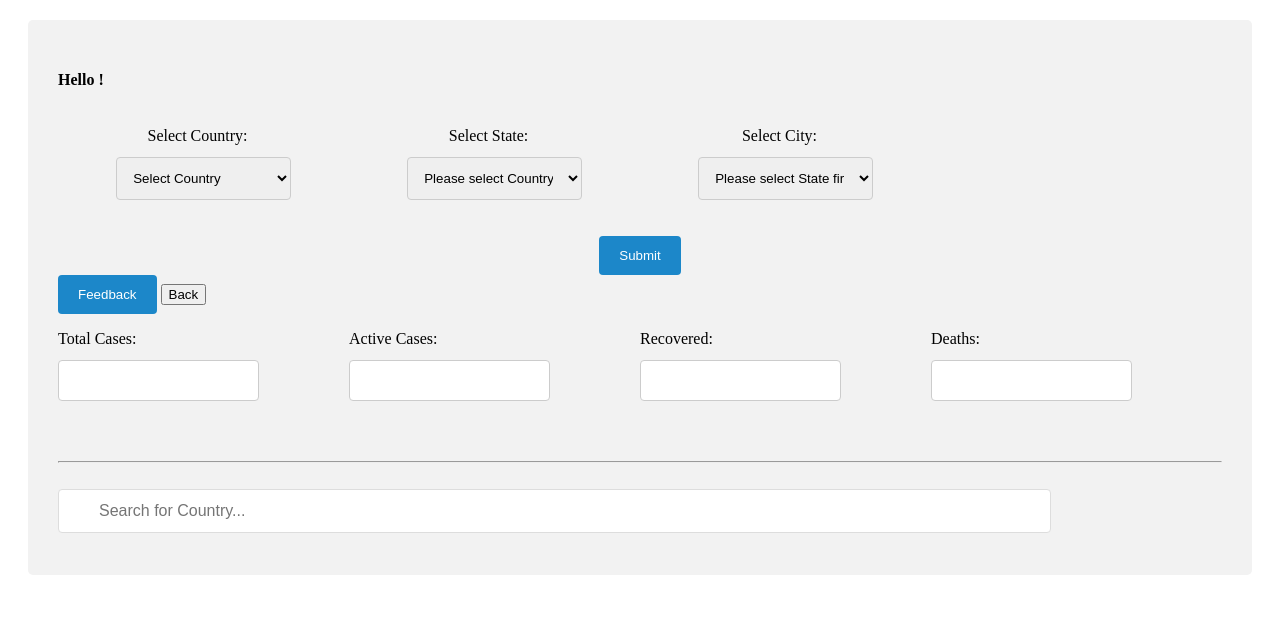
Repository: TruptiMane23/SCSCovid19RegionalInfo
Page: http://localhost/SCSCovid19/WEB-INF/view/covid_details.jsp
These files come from the project's save history. The page is drawn as it stood at one moment and after the next save; the edit follows.
The browser window is 1280 px wide. The pictures show the whole page.
The page is served by Tomcat 9. Nobody is signed in. Other server files are loaded and not shown. The template is opened directly, without the code that normally fills it, so the values that code supplies are empty.

Above is the page before, as saved 2020-07-03 20:46:10.
Console error: SyntaxError: Unexpected token ';'

### SCSCovid19/src/main/webapp/WEB-INF/view/covid_details.jsp
<%@page import="com.example.scs.controller.CovidController"%>

<%@ page language="java" contentType="text/html; charset=ISO-8859-1"
	pageEncoding="ISO-8859-1"%>
<!DOCTYPE html>
<html>
<head>
<meta charset="ISO-8859-1">
<title>Covid Dashboard</title>

				<style type="text/css">
						 input[type=text], select, textarea {
							width: 60%;
							padding: 12px;
							border: 1px solid #ccc;
							border-radius: 4px;
							resize: vertical;
						}

						label {
							padding: 12px 12px 12px 0;
							display: inline-block;
						}

						input[type=submit] {

							background-color: #1c87c9;
							color: white;
							padding: 12px 20px;
							border: none;
							border-radius: 4px;
							cursor: pointer;
							/* float: right; */
						}

						input[type=submit]:hover {
							background-color: #45a049;
						}

						.container {
							border-radius: 5px;
							background-color: #f2f2f2;
							padding: 30px;
							margin: 20px
						}

						.col-25 {
							float: left;
							width: 25%;
							margin-top: 4px;
						}

						.col-75 {
							float: left;
							width: 75%;
							margin-top: 4px;
						}

						.row:after {
							content: "";
							display: table;
							clear: both;
						}

						@media screen and (max-width: 600px) {
							.col-25, .col-75, input[type=submit] {
								width: 80%;
								margin-top: 0;
							}
						}

						/* .signup {
							background: rgb(0, 196, 65);
							color: #fff;
							font-weight: bold;
							cursor: pointer;
							transition: background 0.23s;
							float: left;
							padding: 8px;
							text-align: center;
							border: none;
							border-radius: 3px;
							font-size: 1em;
						}

						.feedback-btn:hover {
							background: rgb(0, 180, 50);
						} */

						 #---------------------Table style----------------------------------------------

						#covidDetailsTbl {
						  font-family: "Trebuchet MS", Arial, Helvetica, sans-serif;
						  border-collapse: collapse;
						  width: 100%;

						}

						#covidDetailsTbl td, #covidDetailsTbl th {
						  border: 1px solid #ddd;
						  padding: 8px;
						}

						#covidDetailsTbl tr:nth-child(even){background-color: #f2f2f2;}

						#covidDetailsTbl tr:hover {background-color: #ddd;}

						#covidDetailsTbl th {
						  padding-top: 12px;
						  padding-bottom: 12px;
						  text-align: left;
						  background-color: #1c87c9;
						  color: white;
						}

						#myInput {
						  background-position: 10px 10px;
						  background-repeat: no-repeat;
						  width: 80%;
						  font-size: 16px;
						  padding: 12px 20px 12px 40px;
						  border: 1px solid #ddd;
						  margin-bottom: 12px;
						}

						#---------------------------------------Blinking effect
						blink, .blink {
						  -webkit-animation: blink 1s step-end infinite;
						     -moz-animation: blink 1s step-end infinite;
						       -o-animation: blink 1s step-end infinite;
						          animation: blink 1s step-end infinite;
						}

						@-webkit-keyframes blink {
						  67% { opacity: 0 }
						}

						@-moz-keyframes blink {
						  67% { opacity: 0 }
						}

						@-o-keyframes blink {
						  67% { opacity: 0 }
						}

						@keyframes blink {
						  67% { opacity: 0 }
						}

						#---------------------------------------Feedback button

						.feedbackBtn {
						background: rgb(0, 196, 65);
						color: #fff;
						font-weight: bold;
						cursor: pointer;
						transition: background 0.23s;
						float: left;
						padding: 8px;
						text-align: center;
						border: none;
						border-radius: 3px;
						font-size: 1em;
					}

					.signup:hover {
						background: rgb(0, 180, 50);
					}

					.searchCountry {
						width: 40%;
						padding: 12px;
						border: 1px solid #ccc;
						border-radius: 4px;
						resize: vertical;
					}

</style>
<script>

	var countryDtls = ${allCountryDetails};
	console.log("countryDtls..." + countryDtls);

	var stateObject = ${stateObject};
	console.log("stateObject" + stateObject);


	var countryList = [ "India", "Germany"];
	window.onload = function() {

		var table = document.createElement("TABLE");
		table.border = "1";

		var columnCount = countryDtls[0].length;

		var row = table.insertRow(-1);
		for (var i = 0; i < columnCount; i++) {
			var headerCell = document.createElement("TH");
			if(i==0)
				headerCell.innerHTML = ["Country Id"];
			if(i==1)
				headerCell.innerHTML = ["Country Name"];
			if(i==2)
				headerCell.innerHTML = ["Total Cases"];
			if(i==3)
				headerCell.innerHTML = ["Active Cases"];
			if(i==4)
				headerCell.innerHTML = ["Recovered Cases"];
			if(i==5)
				headerCell.innerHTML = ["Death Cases"];
			if(i==6)
				headerCell.innerHTML = ["Daily New Cases"];
			if(i==7)
				headerCell.innerHTML = ["Daily Recovered Cases"];
			if(i==8)
				headerCell.innerHTML = ["Daily Death Cases"];

			row.appendChild(headerCell);
		}

		for (var i = 0; i < countryDtls.length; i++) {
			row = table.insertRow(-1);
			for (var j = 0; j < columnCount; j++) {
				var cell = row.insertCell(-1);
				if(j==1){
					cell.innerHTML = countryList[i];
				} else {
					cell.innerHTML = countryDtls[i][j];
				}
			}
		}

		var covidDetailsTbl = document.getElementById("covidDetailsTbl");
		covidDetailsTbl.innerHTML = "";
		covidDetailsTbl.appendChild(table);


		// DropDown selection - Country state city
		var countySel = document.getElementById("countySel"),
		stateSel = document.getElementById("stateSel"),
		citySel = document.getElementById("citySel");

		for ( var country in stateObject) {
			countySel.options[countySel.options.length] = new Option(country, country);
		}
		countySel.onchange = function() {
			stateSel.length = 1; // remove all options bar first
			citySel.length = 1; // remove all options bar first
			if (this.selectedIndex < 1)
				return; // done
			for ( var state in stateObject[this.value]) {
				stateSel.options[stateSel.options.length] = new Option(state,
						state);
			}
		}

		countySel.onchange(); // reset in case page is reloaded
		stateSel.onchange = function() {
			citySel.length = 1; // remove all options bar first
			if (this.selectedIndex < 1)
				return; // done
			var district = stateObject[countySel.value][this.value];
			for (var i = 0; i < district.length; i++) {
				citySel.options[citySel.options.length] = new Option(
						district[i], district[i]);
			}
		}
	}
</script>
</head>

<body>

	<div class="container">
		<h4>Hello ${firstName} !</h4>
		<p>${alertMsg}</p>

		<!-- <div class="row">
		<input type="submit" id="feedback" value="Feedback" onclick="feedback()">
			<button class="feedbackBtn" onclick="feedback()">Feedback</button>
		</div> -->


			<form name="myform" id="myForm" action="getRegionalCovidDetails">

				<div class="row" align="center">
					<div class="col-25">
						<label for="countryName">Select Country: </label> <br/>
						<select required name="countryName" id="countySel" size="1">
								<option value="" selected="selected">Select Country</option>
								</select>
					</div>
					<div class="col-25">
						<label for="stateName">Select State: </label> <br/>
						 	<select name="stateName" id="stateSel" size="1">
								<option value="" selected="selected">Please select Country first</option>
							   	</select>
					</div>
					<div class="col-25">
					<label for="cityName">Select City: </label> <br/>
						<select name="cityName" id="citySel" size="1">
								<option value="" selected="selected">Please select State first</option>
								</select>
					</div>

					<!-- <div class="col-25">
						<input type="submit" id="submit" value="Submit">
					</div> -->
				</div><br /><br />

				<div class="row" align="center">
					<div align="center">
						<input type="submit" id="submit" value="Submit">
					</div>
				</div>
			</form>


			<div class="row">
				<input type="submit" id="feedback" value="Feedback" onclick="feedback()">
				<button class="back-home-btn" onclick="toHomePage()">Back</button>
			</div>


			<div class="row">
				<div class="col-25">
					<label for="TotalCases">Total Cases:</label> <br/>
					<input type="text" id="TotalCases" name="TotalCases" value="${TotalCases}" readonly="readonly">
				</div>
				<div class="col-25">
					<label for="ActiveCases">Active Cases:</label> <br/>
					<input type="text" id="ActiveCases" name="ActiveCases" value="${ActiveCases}" readonly="readonly">
				</div>
				<div class="col-25">
					<label for="Recovered">Recovered:</label> <br/>
					<input type="text" id="Recovered" name="Recovered" value="${Recovered}" readonly="readonly">
				</div>
				<div class="col-25">
					<label for="Deaths">Deaths:</label> <br/>
					<input type="text" id="Deaths" name="Deaths" value="${Death}" readonly="readonly">
				</div>
			</div><br />

			<%-- <p class="blink" id="zoneId"  style="color:${Zone};">Government has declared it as ${Zone} Zone</p>--%>
			<p class="blink" id="zoneId"  style="color:${Zone};">${ZoneInfo}</p>

			<br />
			<hr />
			<br />
			<input type="text" id="myInput" onkeyup="myFunction()" placeholder="Search for Country..." title="Type in a name" width="50px">

			<div id="covidDetailsTbl" class = "table table-fluid" align="center" width = 100%></div>

	</div>

	<script type="text/javascript">

	function myFunction() {
		  var input, filter, table, tr, td, i, txtValue;
		  input = document.getElementById("myInput");
		  filter = input.value.toUpperCase();
		  table = document.getElementById("covidDetailsTbl");
		  tr = table.getElementsByTagName("tr");
		  for (i = 0; i < tr.length; i++) {
		    td = tr[i].getElementsByTagName("td")[1];
		    if (td) {
		      txtValue = td.textContent || td.innerText;
		      if (txtValue.toUpperCase().indexOf(filter) > -1) {
		        tr[i].style.display = "";
		      } else {
		        tr[i].style.display = "none";
		      }
		    }
		  }
		}

	function feedback() {
		location.href = 'giveFeedback';
	}

	</script>
</body>
</html>

After the next save:
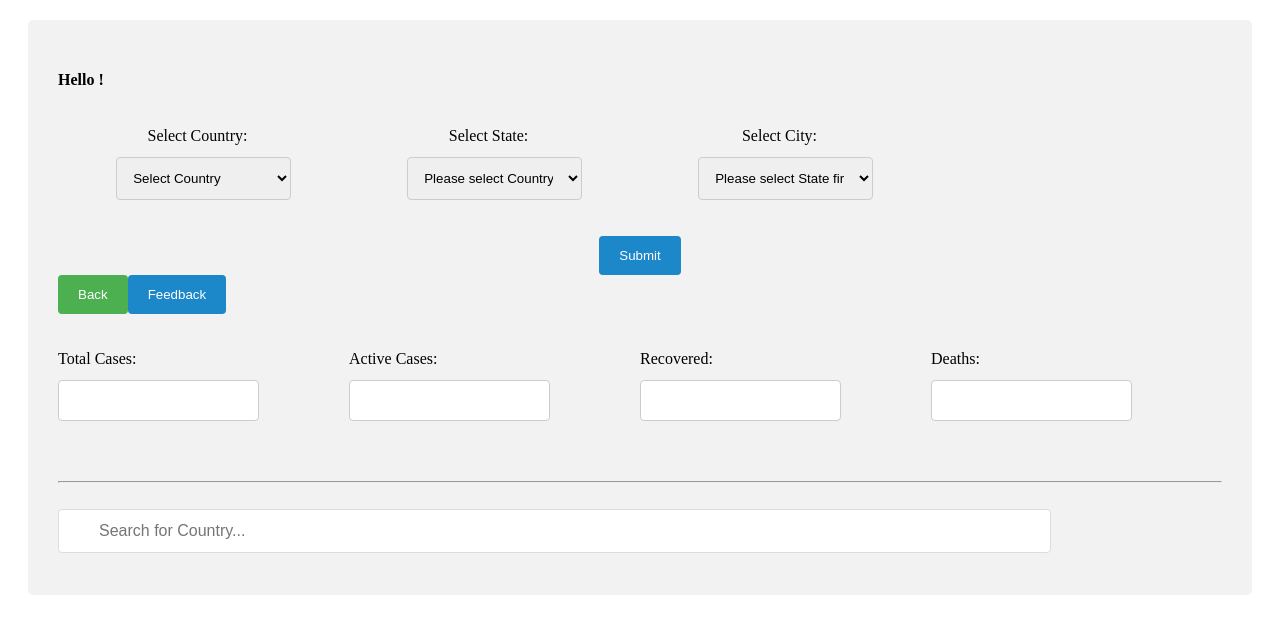
Saved 23 s later.
--- a/SCSCovid19/src/main/webapp/WEB-INF/view/covid_details.jsp
+++ b/SCSCovid19/src/main/webapp/WEB-INF/view/covid_details.jsp
@@ -173,6 +173,17 @@
 						border: 1px solid #ccc;
 						border-radius: 4px;
 						resize: vertical;
+					}
+
+					.back-home-btn {
+						background-color: #4CAF50;
+						color: white;
+						padding: 12px 20px;
+						border: none;
+						border-radius: 4px;
+						cursor: pointer;
+						float: left;
+						margin-bottom: 20px;
 					}
 
 </style>
